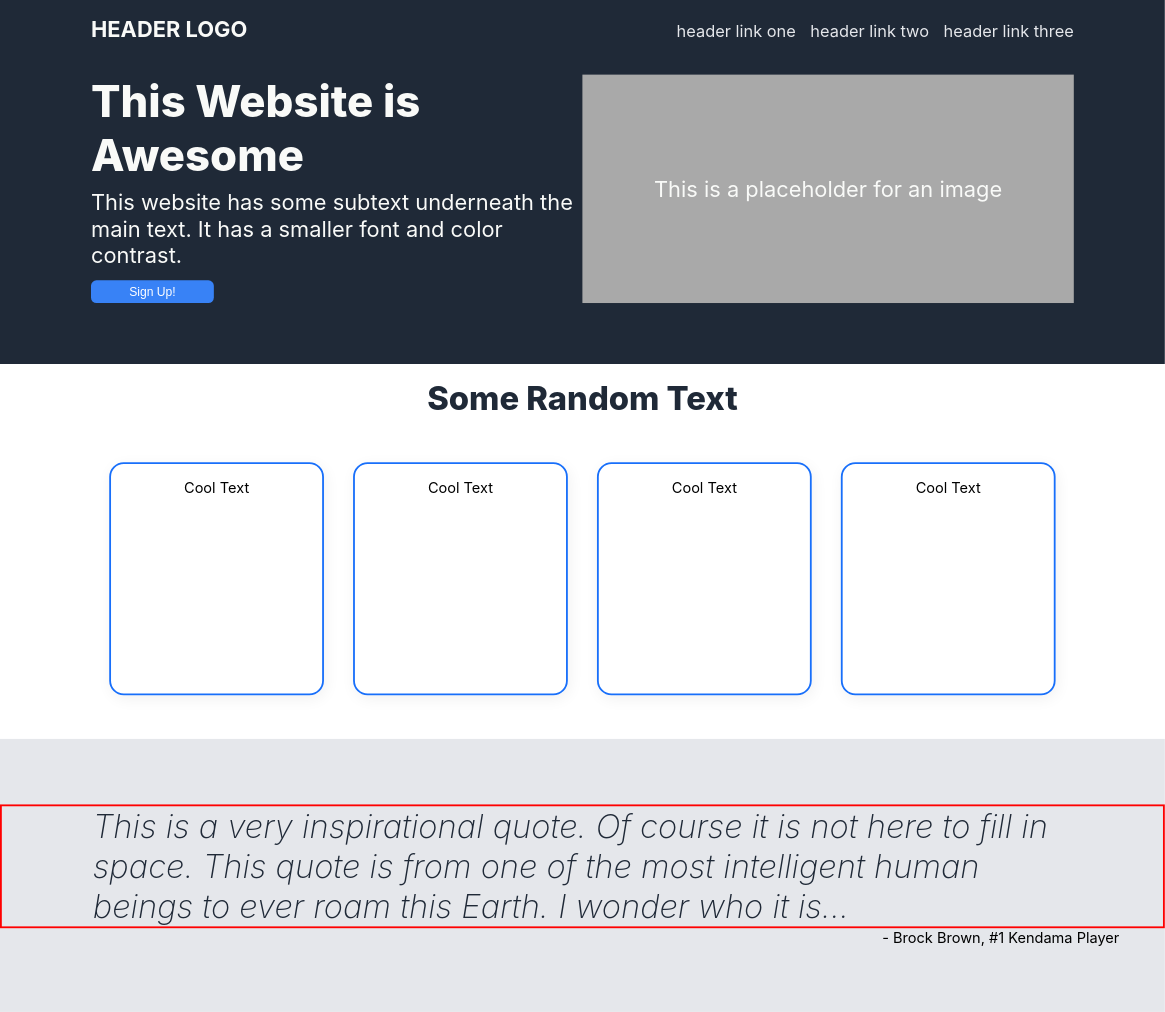
Repository: bbrockbrown/landing-page
Page: index.html
An editor plug-in stored every save of this project. The page is shown before and after the next save, followed by the edit.
The browser window is 1280 px wide. The pictures show the whole page, at 91% of full size.

Above is the page before, as saved 2024-07-24 15:58:35.

After the next save:
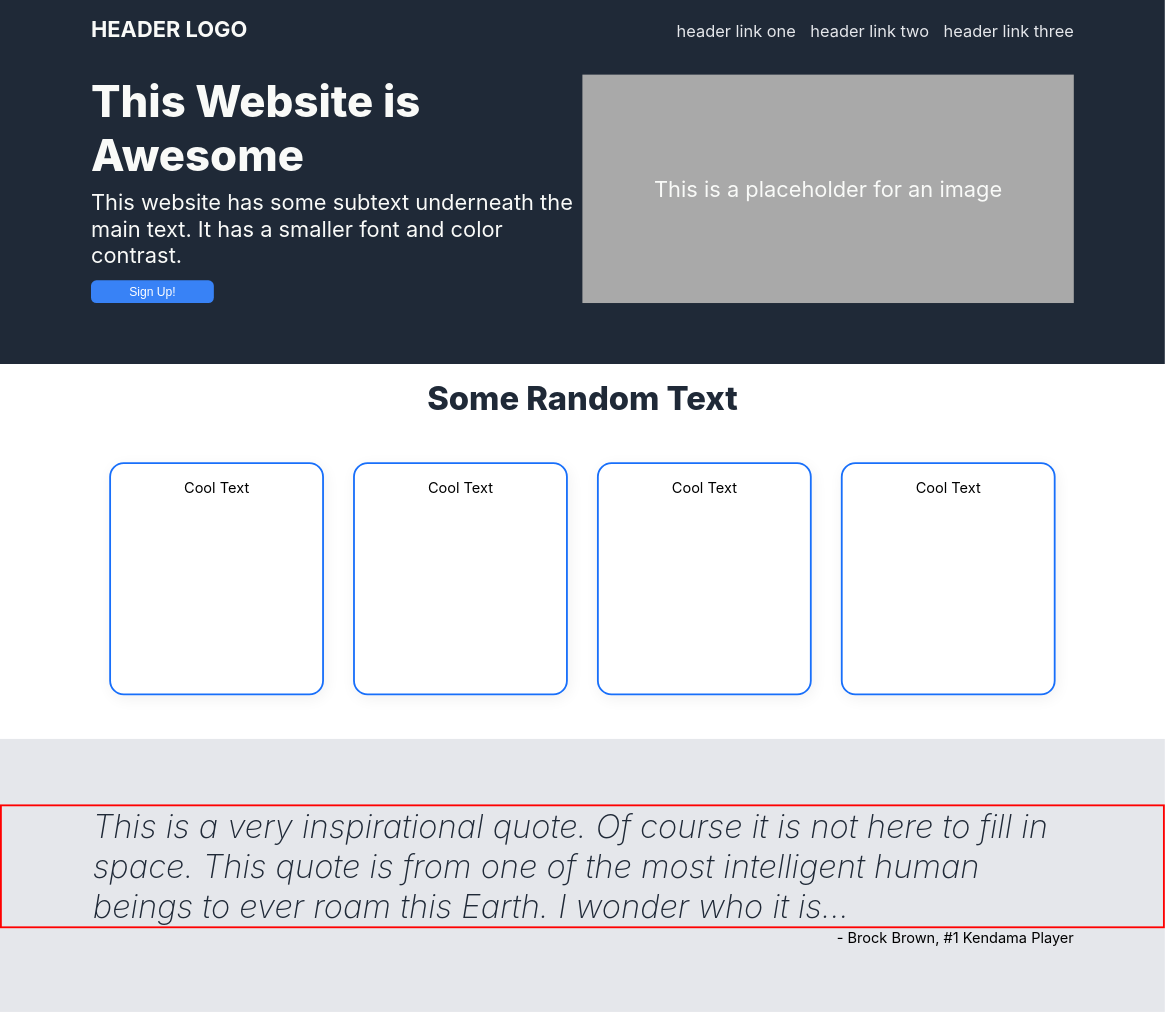
Saved 16 s later.
--- a/styles.css
+++ b/styles.css
@@ -129,5 +129,5 @@ a {
 
 .quote-author {
     align-self: flex-end;
-    margin-right: 50px;
+    margin-right: 100px;
 }
